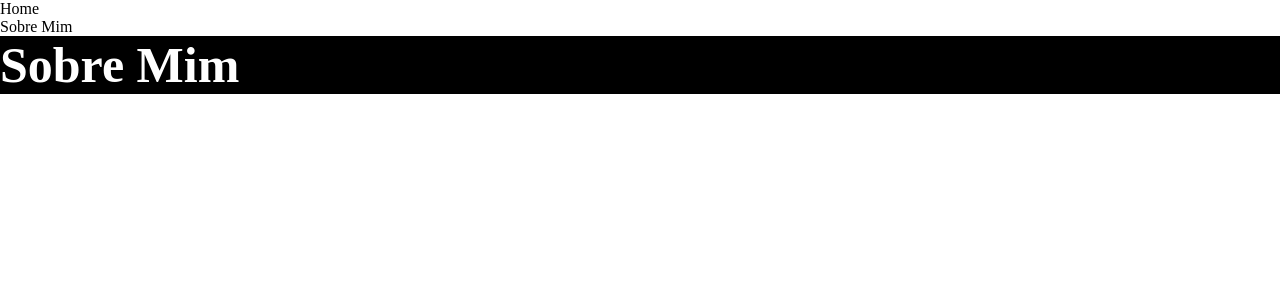
Repository: gimoli/projeto-portifolio
Page: index.html
An editor plug-in stored every save of this project. The page is shown before and after a run of saves, followed by the edit.
The browser window is 1280 px wide. The pictures show the whole page.

Above is the page before, as saved 2025-04-23 11:33:34.

### index.html
<!DOCTYPE html>
<html lang="pt-br">
<head>
    <meta charset="UTF-8">
    <meta name="viewport" content="width=device-width, initial-scale=1.0">
    <title>Document</title>
    <link rel="stylesheet" href="style.css">
</head>

<body>
    <header>
        <ul>
            <li>Home</li>
            <li>Sobre Mim</li>
        </ul>
    </header>
    <main>
        <h1>Sobre Mim</h1>
    </main>
</body>
</html>

### style.css
*{
    margin: 0;
    padding: 0;
    box-sizing: border-box
    ;
}

main{
    font-size: 25px;
    background-color: black;
    color: white
}

After the next 7 saves:
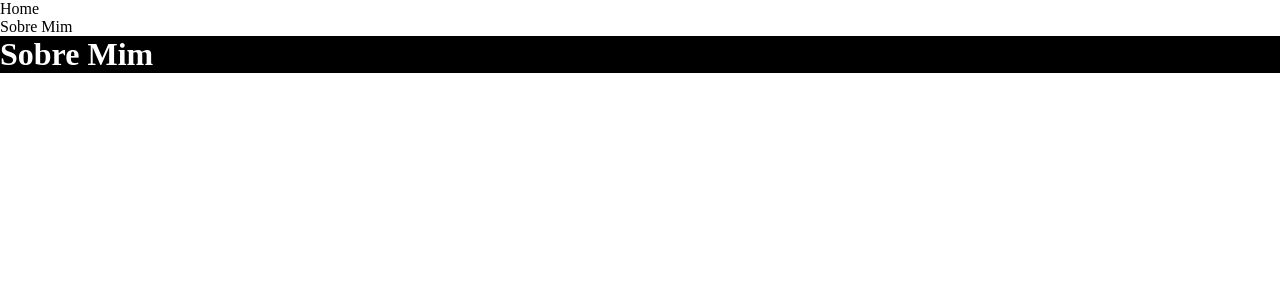
The 7 saves are shown as one change because they came seconds apart.
The last was saved 22 s later.
--- a/style.css
+++ b/style.css
@@ -10,3 +10,8 @@
     background-color: black;
     color: white
 }
+
+h1{
+    font-size: 32px;
+    font-weight: ;
+}
